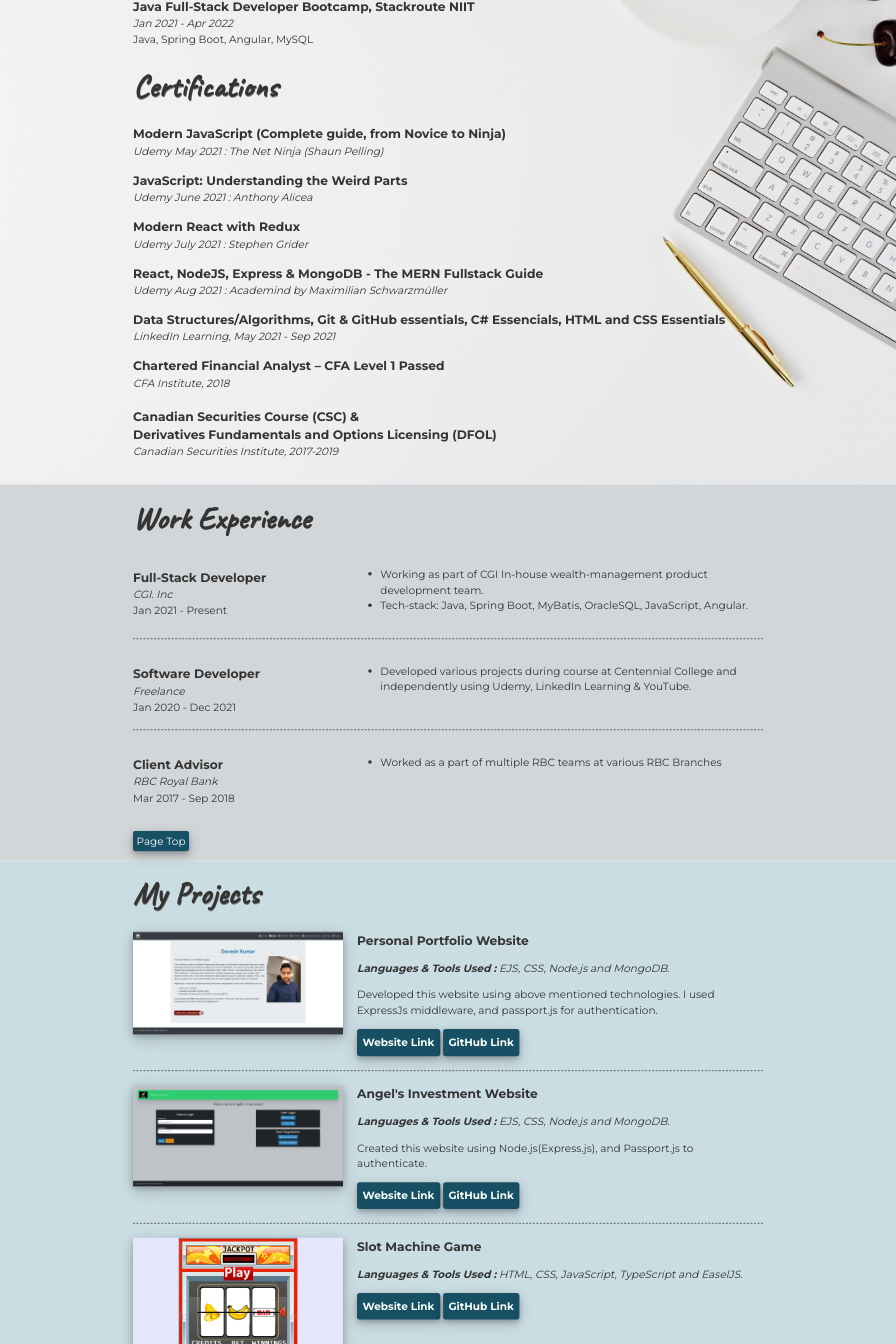
Repository: My-Web-Page/MyWebPage
Page: index.html
These files come from the project's save history. The page is drawn as it stood at one moment and after the next save; the edit follows.
The browser window is 1280 px wide. The pictures show the part of the page from y = 1240 to 3160 px (the page is 3916 px tall), at 70% of full size.
Some web libraries are served in a nearby version.

Above is the page before, as saved 2023-04-11 08:53:51.

### index.html
<!DOCTYPE html>
<html lang="en">

<head>
    <meta charset="UTF-8">
    <meta name="viewport" content="width=device-width, initial-scale=1.0">
    <link href="./assets/images/favicon.ico" rel="icon" type="image/x-icon" />

    <title> Devesh Kumar : Full-Stack Developer</title>
    <link rel="preconnect" href="https://fonts.gstatic.com">
    <link href="https://fonts.googleapis.com/css2?family=Caveat&family=Montserrat:wght@400;700&display=swap" rel="stylesheet">
    <link rel="stylesheet" href="https://pro.fontawesome.com/releases/v5.10.0/css/all.css" integrity="sha384-AYmEC3Yw5cVb3ZcuHtOA93w35dYTsvhLPVnYs9eStHfGJvOvKxVfELGroGkvsg+p" crossorigin="anonymous" />

    <link rel="stylesheet" href="style.css">
</head>

<body>
    <main>
        <!-- ***********************  ABOUT / PROFILE  *********************** -->
        <header>
            <div class="container">
                <h1>Devesh Kumar</h1>
                <h2>Software Developer</h2>
            </div>
        </header>

        <nav id="navbar">
            <ul class="nav-ul">
                <li>
                    <a href="#about-me"><i class="fas fa-info-circle"></i>About Me</a> </li>
                <li>
                    <a href="#projects"><i class="fab fa-elementor"></i>Projects</a></li>
                <li>
                    <a href="#education"><i class="fas fa-graduation-cap"></i>Education</a></li>
                <li>
                    <a href="#work-experience"><i class="fas fa-briefcase"></i>Work Experience</a></li>
                <li>
                    <a href="#contact"><i class="fas fa-mobile-alt"></i>Contact Me</a></li>
            </ul>
        </nav>

        <!-- *********************About Me***********************  -->
        <section id="about-me">
            <div class="container">
                <h2>About Me</h2>
                <p>Hello & Welcome! I am an experienced Software-Developer with over 3 years of software development experience. Graduate of Software Engineering Technician program from Centennial College. I have worked with various programming languages
                    and tools. Given below are the details: </p>
                <div class="grid-container">
                    <div class="grid-item">
                        <h3>Languages & tools</h3>
                        <p> Java, Spring Boot, Maven, Junit, OracleSQL, MyBatis, JavaScript, React, Linux, Git, Jira, Agile, Data Structures</p>
                    </div>

                    <div class="grid-item">
                        <h3>Familiar / also work with</h3>
                        <p>Java, Spring Boot, C#, HTML/CSS, Bootstrap, Angular, Node.js, MongoDB, Shell Scripting, UML, MVC</p>
                    </div>
                </div>
                <p>I have also developed grasp over software engineering concepts such as Agile, SDLC models, Agile Project Management Concepts. I have also developed multiple projects using Java, Spring Boot, JavaScript, React, Node.js, HTML, CSS, C#, OracleSQL,
                    MySql, MyBatis, MongoDB and other tools. Additionally, I have also completed some investment management courses/certifications in the past and grown my knowledge in the sector.</p>

            </div>
        </section>

        <!-- *********************Pop-Ups***********************  -->
        <section class="popup-wrapper" id="popup">
            <div class="container">
                <p><button class="popup-close">Close</button></p>
                <img id="popup-img" alt="finalproject popup">
            </div>
        </section>


        <!-- ******************  EDUCATION & CERTIFICATIONS ****************** -->
        <section id="education" class="education">
            <div class="container item-details">

                <h2>Education</h2>

                <section>
                    <h3>Software Engineering Technician Diploma</h3>
                    <p>Centennial College, Toronto ON, 2020-2021</p>
                    <p>4 semesters full-time software engineering diploma program </p>
                </section>

                <section>
                    <h3>Java Full-Stack Developer Bootcamp, Stackroute NIIT</h3>
                    <p>Jan 2021 - Apr 2022</p>
                    <p>Java, Spring Boot, Angular, MySQL</p>
                </section>

                <br>
                <h2>Certifications</h2>
                <section>
                    <h3>Modern JavaScript (Complete guide, from Novice to Ninja)</h3>
                    <p>Udemy May 2021 : The Net Ninja (Shaun Pelling)</p>
                </section>
                <section>
                    <h3>JavaScript: Understanding the Weird Parts</h3>
                    <p>Udemy June 2021 : Anthony Alicea</p>
                </section>
                <section>
                    <h3>Modern React with Redux</h3>
                    <p>Udemy July 2021 : Stephen Grider</p>
                </section>
                <section>
                    <h3>React, NodeJS, Express & MongoDB - The MERN Fullstack Guide</h3>
                    <p>Udemy Aug 2021 : Academind by Maximilian Schwarzmüller</p>
                </section>
                <section>
                    <h3>Data Structures/Algorithms, Git & GitHub essentials, C# Essencials, HTML and CSS Essentials</h3>
                    <p>LinkedIn Learning, May 2021 - Sep 2021 </p>
                </section>
                <section>
                    <h3>Chartered Financial Analyst – CFA Level 1 Passed</h3>
                    <p>CFA Institute, 2018</p>
                </section>
                <br>
                <section class="csc">
                    <h3>Canadian Securities Course (CSC) &</h3>
                    <h3>Derivatives Fundamentals and Options Licensing (DFOL)</h3>
                    <p>Canadian Securities Institute, 2017-2019 </p>
                </section>

            </div>
        </section>

        <!-- ***********************  WORK EXPERIENCE  *********************** -->
        <section id="work-experience" class="work-experience">
            <div class="container item-details divider">
                <h2>Work Experience</h2>

                <!-- Job 1 -->
                <section class="job-item">
                    <div class="job-details">
                        <h3>Full-Stack Developer</h3>
                        <p>CGI. Inc</p>
                        <p>Jan 2021 - Present</p>
                    </div>
                    <div class="job-summary">
                        <ul>
                            <li>Working as part of CGI In-house wealth-management product development team.</li>
                            <li>Tech-stack: Java, Spring Boot, MyBatis, OracleSQL, JavaScript, Angular.</li>
                        </ul>
                    </div>
                </section>

                <!-- Job 2 -->
                <section class="job-item">
                    <div class="job-details">
                        <h3>Software Developer</h3>
                        <p>Freelance</p>
                        <p>Jan 2020 - Dec 2021</p>
                    </div>
                    <div class="job-summary">
                        <ul>
                            <li>Developed various projects during course at Centennial College and independently using Udemy, LinkedIn Learning & YouTube.
                            </li>
                        </ul>

                    </div>
                </section>

                <!-- Job 3 -->
                <section class="job-item">
                    <div class="job-details">
                        <h3>Client Advisor</h3>
                        <p>RBC Royal Bank</p>
                        <p>Mar 2017 - Sep 2018</p>
                    </div>
                    <div class="job-summary">
                        <ul>
                            <li>Worked as a part of multiple RBC teams at various RBC Branches</li>
                        </ul>

                    </div>
                </section>
                <a class="top-btn" href="#top">Page Top</a>

            </div>
        </section>

        <!-- ********************  PROJECTS / PORTFOLIO  ********************* -->
        <section id="projects" class="projects">
            <div class="container divider">
                <h2>My Projects</h2>
                <!-- Project 1 -->
                <section class="project-item clearfix">
                    <img class="project-image" src="./assets/images/assignment_2.png" alt="Portfolio Assignment Using Node.js, Bootstrap, EJS and MongoDB">
                    <h3>Personal Portfolio Website</h3>
                    <p> <strong>Languages & Tools Used :</strong> EJS, CSS, Node.js and MongoDB.</p>
                    <p>Developed this website using above mentioned technologies. I used ExpressJs middleware, and passport.js for authentication.</p>
                    <a class="btn" href="https://comp229-asnmt2.herokuapp.com/home" target="_blank">Website Link</a>
                    <a class="btn" href="https://github.com/portretrieve/Assignment_2" target="_blank">GitHub Link</a>
                </section>

                <!-- Project 2 -->
                <section class="project-item clearfix">
                    <img class="project-image" src="./assets/images/final_project.png" alt="Final Project Using Node.js, Bootstrap, EJS and MongoDB">
                    <h3>Angel's Investment Website</h3>
                    <p> <strong>Languages & Tools Used :</strong> EJS, CSS, Node.js and MongoDB.</p>
                    <p>Created this website using Node.js(Express.js), and Passport.js to authenticate.</p>
                    <a class="btn" href="https://angelinvestfinal.herokuapp.com/" target="_blank">Website Link</a>
                    <a class="btn" href="https://github.com/Angel-Investor/AngelInvestor-Web-App" target="_blank">GitHub Link</a>
                </section>

                <!-- Project 3 -->
                <section class="project-item clearfix">
                    <img class="project-image" src="./assets/images/slot-machine.png" alt="Casino slot machine game using HTML, CSS, JavaScript, TypeScript and EaselJS">
                    <h3>Slot Machine Game</h3>
                    <p> <strong>Languages & Tools Used :</strong> HTML, CSS, JavaScript, TypeScript and EaselJS.</p>
                    <a class="btn" href="https://portretrieve.github.io/COMP125-Assignment-4-CreateJS-Slot-Machine/" target="_blank">Website Link</a>
                    <a class="btn" href="https://github.com/portretrieve/COMP125-Assignment-4-CreateJS-Slot-Machine" target="_blank">GitHub Link</a>
                </section>

                <!-- Project 4 -->
                <section class="project-item clearfix">
                    <img class="project-image" src="./assets/images/restaurant_app.png" alt="Restaurant app using C# WPF MVVM">
                    <h3>Restaurant POS system app</h3>
                    <p> <strong>Languages & Tools Used :</strong> C#, WPF and XAML.</p>
                    <p>Created the restaurant P.O.S app using C# and WPF.</p>
                    <a class="btn" href="https://github.com/portretrieve/Restaurant_app" target="_blank">GitHub Link</a>
                </section>
                <section>
                    <h3>Other Projects: </h3>
                    <p> <strong>Languages & Tools Used :</strong> Java, Spring Boot, MySQL, Angular, C#, SQL, PL/SQL, Java, Python, Jira, Trello, Lucid Charts, MS Visio etc. </p>
                    <p>In addition to the projects above, I have also developed other projects using the languages and tools above. All of these projects can be found on my <span><a href="https://github.com/portretrieve" target="_blank">GitHub Page</a>.</span></p>
                </section>
            </div>
        </section>
        <!-- *****************  CONTACT INFO / SOCIAL MEDIA  ***************** -->
        <footer>
            <div id="contact" class="container">
                <h2>Let's Stay in Touch!</h2>
                <!-- Social media and contact links. Add or remove any networks. -->
                <ul class="contact-list">
                    <li><a href="mailto:deveshkumar2107@hotmail.com"><i class="fas fa-envelope"></i>&nbsp;deveshkumar2107@outlook.com</a></li>
                    <li><a href="https://github.com/portretrieve" target="_blank"><i class="fab fa-github"></i>&nbsp;GitHub</a></li>
                    <li><a href="https://www.linkedin.com/in/devesh-kumar-2aa03b64/" target="_blank"><i class="fab fa-linkedin"></i>&nbsp;LinkedIn</a></li>
                </ul>
            </div>
        </footer>
    </main>
    <script src="./script.js"></script>
</body>

</html>

### style.css
    /*
COLOR PALETTE
https://coolors.co/f7fff7-343434-2f3061-ffe66d-a1c6d7
#F7FFF7 - almost white
#343434 - dark gray - almost black
#2F3061 - blue dark
#FFE66D - yellow
#A1C6D7 - blue light
*/
    /* Global styles
------------------------------------*/

    html {
        box-sizing: border-box;
        scroll-behavior: smooth;
        --header-height: 75px;
        scroll-padding-top: var(--header-height);
    }

    *,
    *:before,
    *:after {
        box-sizing: inherit;
    }

    body {
        color: #343434;
        margin: 0;
        padding: 0;
        font-family: 'Montserrat', sans-serif;
        font-size: 15px;
        line-height: 1.5;
    }

    .clearfix::after {
        content: "";
        clear: both;
        display: table;
    }

    .project-image {
        width: 300px;
        text-shadow: gray 2px 2px 2px;
        box-shadow: 0 4px 8px 0 rgba(0, 0, 0, 0.2), 0 6px 20px 0 rgba(0, 0, 0, 0.19);
        cursor: pointer;
    }

    .project-image:hover {
        transform: scale(1.02);
    }

    a {
        color: #F7FFF7;
    }

    a:hover {
        text-decoration: none;
    }

    h1 {
        font-size: 100px;
        line-height: .9;
        margin-top: 120px;
        margin-bottom: 0;
        text-shadow: gray 1px 1px 1px;
    }

    h2 {
        font-size: 45px;
        text-shadow: gray .5px .5px .5px;
    }

    h1,
    h2 {
        font-family: 'Caveat', cursive;
        font-weight: 600px;
    }

    h2 {
        margin: 0;
        margin-bottom: 20px;
    }

    .container {
        max-width: 900px;
        width: 80%;
        margin: 0 auto;
        padding: 15px 0;
    }

    h3 {
        margin-bottom: 0;
    }

    h3+p {
        font-style: italic;
    }

    .item-details h3~p {
        margin: 0;
    }

    .divider>section {
        border-bottom: 1px dashed #343434;
        margin-bottom: 20px;
        padding-bottom: 20px;
    }

    .divider>section:last-of-type {
        border-bottom: none;
    }
    /*****Nav*****/

    nav {
        background-color: #227C9D;
        padding: 5px 0;
        position: relative;
        height: var(--header-height);
    }

    @supports (position: sticky) {
        nav {
            position: sticky;
            top: 0;
        }
    }

    .nav-ul li {
        list-style-type: none;
    }

    .nav-ul li:hover {
        transform: scale(1.02);
    }

    .nav-ul li a {
        text-decoration: none;
        font-size: 18px;
    }

    .top-btn {
        background-color: #174F64;
        color: #F7FFF7;
        padding: 5px;
        text-decoration: none;
        border-radius: 3px;
        box-shadow: 0 4px 8px 0 rgba(0, 0, 0, 0.2), 0 6px 20px 0 rgba(0, 0, 0, 0.19);
    }

    .top-btn:hover {
        background-color: #1E6A85;
        transform: scale(1.01);
    }
    /*************Popup**********/

    .popup-wrapper {
        background: rgba(0, 0, 0, 0.5);
        position: fixed;
        top: 0;
        left: 0;
        width: 100%;
        height: 100%;
        display: flex;
        flex-direction: column;
        justify-content: center;
        text-align: center;
        display: none;
    }

    #popup-img {
        max-width: 100%;
        flex: 1 1 0;
    }

    .popup-close {
        cursor: pointer;
    }

    .popup-wrapper p {
        text-align: center;
        margin: 150px 0 0 0;
    }

    .popup-wrapper p button {
        text-align: center;
        background: crimson;
        font-size: 15px;
        border-radius: 4px;
        padding: 10px;
        color: white;
    }
    /*****About Me******/

    #about-me {
        background-color: #EEE;
    }

    .grid-container {
        color: #F7FFF7;
        box-shadow: 0 4px 8px 0 rgba(0, 0, 0, 0.2), 0 6px 20px 0 rgba(0, 0, 0, 0.19);
    }

    .grid-container .grid-item {
        background-color: #227C9D;
        padding: 0 20px;
        font-size: 16px;
    }

    .grid-container .grid-item:hover {
        transform: scale(1.01);
    }

    #my-page-repo {
        color: #343434;
    }
    /* Profile
------------------------------------*/

    header {
        color: #643C2B;
    }
    /* Projects
------------------------------------*/

    .projects {
        background: #CADDE3;
    }

    .projects a {
        color: #2f315f;
        font-weight: bold;
    }

    .projects .btn {
        color: #F7FFF7;
        background: #174F64;
        text-decoration: none;
        padding: 8px;
        border-radius: 4px;
        display: inline-block;
        box-shadow: 0 4px 8px 0 rgba(0, 0, 0, 0.2), 0 6px 20px 0 rgba(0, 0, 0, 0.19);
    }

    .projects .btn:hover {
        background-color: #1E6A85;
        transform: scale(1.01);
    }

    .project-item h3 {
        margin-top: 0;
    }
    /* Work Experience
------------------------------------*/

    .work-experience {
        background: #d2d6d8;
    }
    /* Education
------------------------------------*/

    .education {
        background-image: url(./assets/images/leone-venter-VieM9BdZKFo-unsplash.jpg);
        background-size: cover;
        background-position: bottom left;
        padding-bottom: 20px;
    }

    .education p {
        width: 60%;
    }

    .csc h3 {
        margin-top: 0;
        margin-bottom: 0;
    }
    /* Contact Info
------------------------------------*/

    footer {
        background: #227C9D;
        color: #F7FFF7;
    }

    .contact-list {
        list-style-type: none;
        padding: 0;
    }

    .contact-list a {
        margin-left: 15px;
    }
    /* Responsive
---------------------------------------*/

    @media (min-width:750px) {
        .project-item img {
            margin-right: 20px;
            float: left;
        }
        .job-item {
            display: grid;
            grid-template-columns: 1fr 2fr;
            column-gap: 20px;
            row-gap: 10px;
        }
        header {
            background-image: url(./assets/images/georgie-cobbs-bKjHgo_Lbpo-unsplash.jpg);
            background-repeat: no-repeat;
            background-size: cover;
            height: 500px;
            background-position: bottom;
        }
        header,
        footer {
            text-align: center;
        }
        .contact-list {
            display: flex;
            justify-content: center;
        }
        .nav-ul {
            display: flex;
            flex-wrap: wrap;
            justify-content: center;
        }
        .nav-ul li {
            margin: 0 15px;
        }
        .grid-container {
            display: grid;
            grid-template-columns: 1fr 1fr;
            grid-gap: 10px;
        }
    }

    @media (max-width:749px) {
        header {
            background-color: #FEF9EF;
            text-align: center;
            padding-bottom: 10px;
        }
        h1 {
            font-size: 75px;
            margin-top: 15px;
        }
        h1,
        h2 {
            line-height: .9;
            margin-bottom: 15px;
        }
        nav {
            height: 250px;
        }
        .contact-list li {
            padding-bottom: 10px;
        }
        .nav-ul {
            text-align: left;
        }
        .nav-ul li {
            margin-bottom: 20px;
        }
        .grid-container .grid-item {
            padding: 10px;
            margin-top: 10px;
        }
    }

### script.js
let images = document.querySelectorAll(".project-image");

let popup = document.querySelector("#popup");
let popupImage = document.querySelector("#popup-img");

images.forEach((image) => {
  image.addEventListener("click", (e) => {
    popupImage.src = e.target.src;
    popup.style.display = "block";
  });
});

popup.addEventListener("click", (event) => {
  if (event.target === popupImage) {
    return;
  }
  popup.style.display = "none";
});

After the next save:
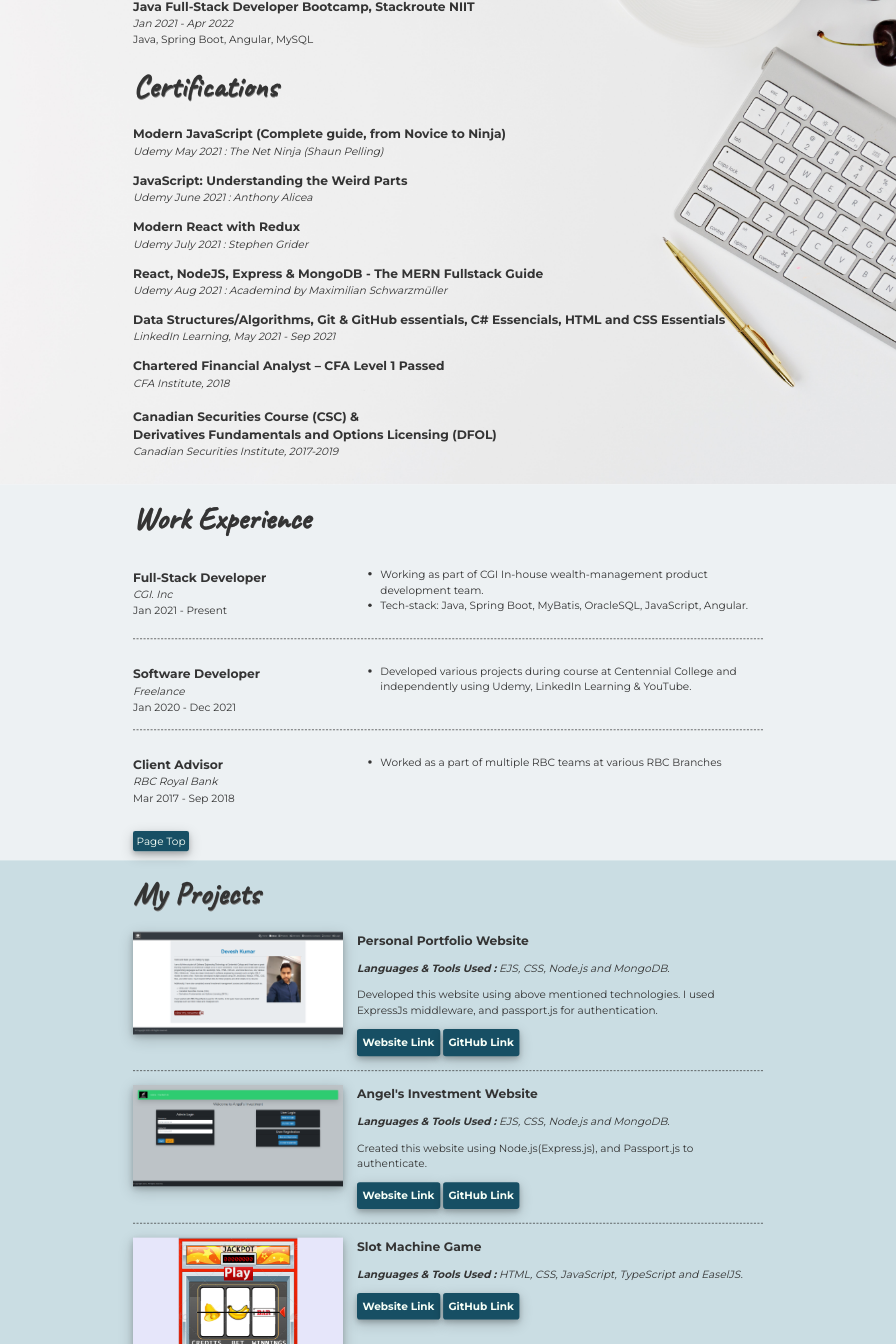
Saved 22 s later.
--- a/style.css
+++ b/style.css
@@ -253,7 +253,7 @@ https://coolors.co/f7fff7-343434-2f3061-ffe66d-a1c6d7
 ------------------------------------*/
 
     .work-experience {
-        background: #d2d6d8;
+        background: #edf1f3;
     }
     /* Education
 ------------------------------------*/
